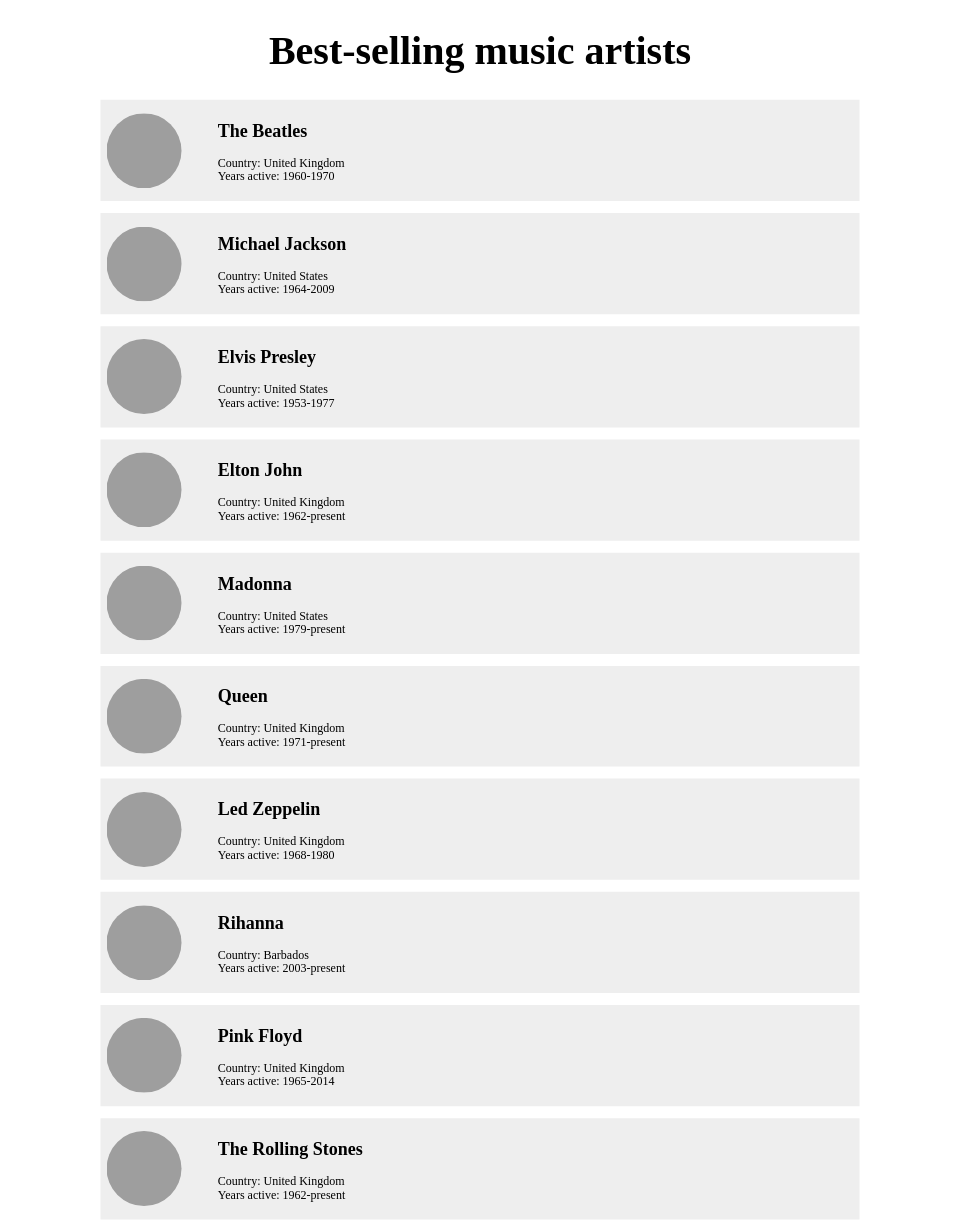
Repository: MonicaNguyenH/Frontend_Week3_Lab2_HW
Page: /
The author's editor kept a copy of each file at every save. The page is drawn from the files as they stood at one save, then again after the next save.
The browser window is 1280 px wide. The pictures show the whole page, at 75% of full size.
Pictures or frames that could not be fetched are drawn as grey boxes. The project was rebuilt for these pictures with package versions that can differ from the ones it lists, and the page was loaded fresh each time. Also part of the build but not shown: vite.config.js.

Above is the page before, as saved 2024-09-19 23:57:45.

After the next save:
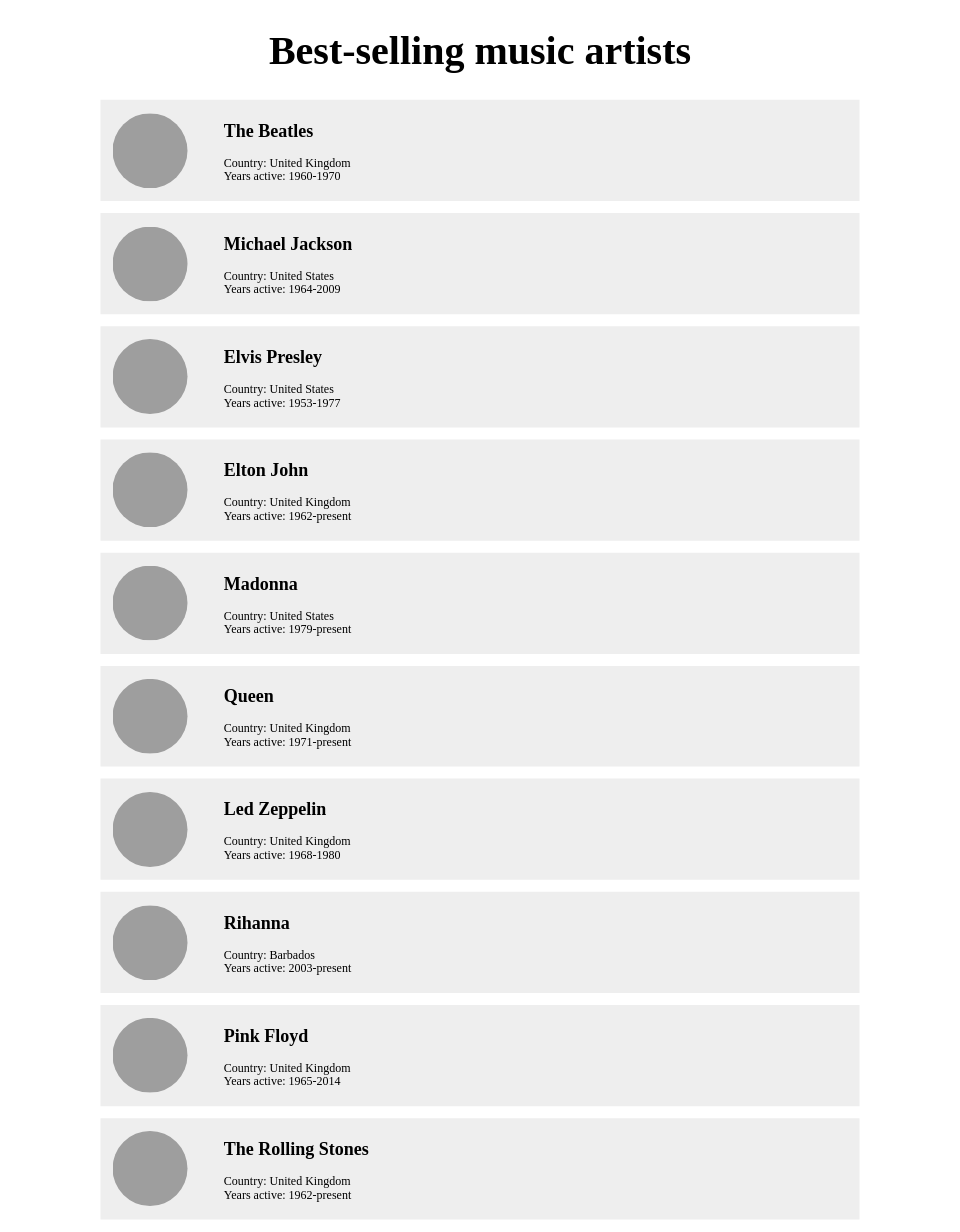
Saved 44 s later.
--- a/src/index.css
+++ b/src/index.css
@@ -13,7 +13,7 @@
     align-items: center;
     gap: 1em;
     background-color: #eee;
-    padding: 0.5em;
+    padding: 0.5em 1em;
 }
 
 /* Excludes the last element */
